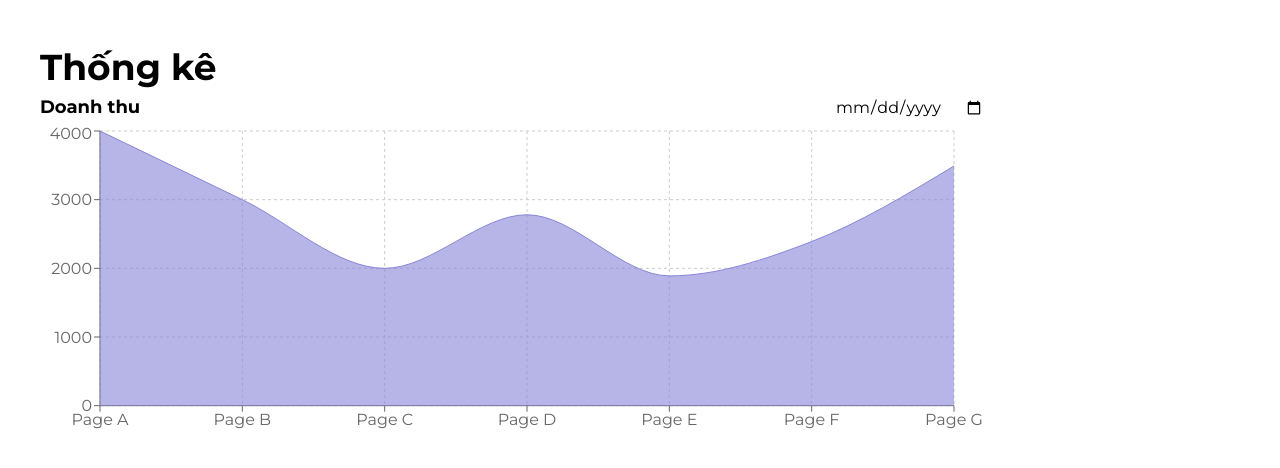
Repository: iphoneboy46/AltaMediaCMS
Page: /
An editor plug-in stored every save of this project. The page is shown before and after the next save, followed by the edit.
The browser window is 1280 px wide. The pictures show the whole page.
Some web libraries are served in a nearby version. The project was rebuilt for these pictures with package versions that can differ from the ones it lists, and the page was loaded fresh each time.

Above is the page before, as saved 2023-03-26 21:54:13.

### public/index.html
<!DOCTYPE html>
<html lang="en">
  <head>
    <meta charset="utf-8" />
    <link rel="icon" href="%PUBLIC_URL%/favicon.ico" />
    <meta name="viewport" content="width=device-width, initial-scale=1" />
    <meta name="theme-color" content="#000000" />
    <meta
      name="description"
      content="Web site created using create-react-app"
    />
    <link rel="apple-touch-icon" href="%PUBLIC_URL%/logo192.png" />
    <!--
      manifest.json provides metadata used when your web app is installed on a
      user's mobile device or desktop. See https://developers.google.com/web/fundamentals/web-app-manifest/
    -->
    <link rel="manifest" href="%PUBLIC_URL%/manifest.json" />
    <!--
      Notice the use of %PUBLIC_URL% in the tags above.
      It will be replaced with the URL of the `public` folder during the build.
      Only files inside the `public` folder can be referenced from the HTML.

      Unlike "/favicon.ico" or "favicon.ico", "%PUBLIC_URL%/favicon.ico" will
      work correctly both with client-side routing and a non-root public URL.
      Learn how to configure a non-root public URL by running `npm run build`.
    -->
    <link rel="stylesheet" href="https://cdnjs.cloudflare.com/ajax/libs/font-awesome/6.3.0/css/all.min.css" integrity="sha512-SzlrxWUlpfuzQ+pcUCosxcglQRNAq/DZjVsC0lE40xsADsfeQoEypE+enwcOiGjk/bSuGGKHEyjSoQ1zVisanQ==" crossorigin="anonymous" referrerpolicy="no-referrer" />
    <title>React App</title>
  </head>
  <body>
    <noscript>You need to enable JavaScript to run this app.</noscript>
    <div id="root"></div>
    <!--
      This HTML file is a template.
      If you open it directly in the browser, you will see an empty page.

      You can add webfonts, meta tags, or analytics to this file.
      The build step will place the bundled scripts into the <body> tag.

      To begin the development, run `npm start` or `yarn start`.
      To create a production bundle, use `npm run build` or `yarn build`.
    -->
  </body>
</html>

### src/App.tsx

import './App.css';
import Home from './components/Home/Home';
import MenuBar from './components/Menu/MenuBar';

function App() {
  return (
    <div className="App">
      {/* <MenuBar /> */}
      <Home />
    </div>
  );
}

export default App;

### src/App.css
@import url('https://fonts.googleapis.com/css2?family=Montserrat:wght@300;400;500;700&display=swap');

*{
  margin: 0;
  padding: 0;
  box-sizing: border-box;
  font-family: 'Montserrat', sans-serif;
}

### src/components/Home/Home.tsx
import React from 'react'
import Charts from '../Charts/Charts'

function Home() {
  return (
    <div className="w-[80%] bg-[white] p-10">
        <div className="">
            <h1 className="text-[black] text-[36px] font-[700]">Thống kê</h1>
        </div>
        <div className="flex items-center justify-between">
           <div> <h2 className="text-[black] text-[18px] font-[600]">Doanh thu</h2></div>
           <div>
             <input className="" type="date" value="" />
           </div>
        </div>
        <Charts />
    </div>
  )
}

export default Home

### src/components/Charts/Charts.tsx
import React from "react";
import {
  AreaChart,
  Area,
  XAxis,
  YAxis,
  CartesianGrid,
  Tooltip,
  ResponsiveContainer,
} from "recharts";
function Charts() {
  const data = [
    {
      name: "Page A",
      uv: 4000,
      pv: 2400,
      amt: 2400,
    },
    {
      name: "Page B",
      uv: 3000,
      pv: 1398,
      amt: 2210,
    },
    {
      name: "Page C",
      uv: 2000,
      pv: 9800,
      amt: 2290,
    },
    {
      name: "Page D",
      uv: 2780,
      pv: 3908,
      amt: 2000,
    },
    {
      name: "Page E",
      uv: 1890,
      pv: 4800,
      amt: 2181,
    },
    {
      name: "Page F",
      uv: 2390,
      pv: 3800,
      amt: 2500,
    },
    {
      name: "Page G",
      uv: 3490,
      pv: 4300,
      amt: 2100,
    },
  ];

  return (
    <div className="w-[100%] h-[100%] bg-yellowMain">
      <ResponsiveContainer width="100%" aspect={3}>
        <AreaChart
          width={500}
          height={400}
          data={data}
          margin={{
            top: 10,
            right: 30,
            left: 0,
            bottom: 0,
          }}
        >
          <CartesianGrid strokeDasharray="3 3" />
          <XAxis dataKey="name" />
          <YAxis />
          <Tooltip />
          <Area
            type="monotone"
            dataKey="uv"
            stackId="1"
            stroke="#8884d8"
            fill="#8884d8"
          />
        </AreaChart>
      </ResponsiveContainer>
    </div>
  );
}

export default Charts;

### tailwind.config.js

module.exports = {
  content: [
    "./src/**/*.{js,jsx,ts,tsx}",
    ],
  theme: {
    extend: {},
    colors:{
        'yellowMain':"#FFB800",
         'background' :"#E5E5E5"

    }
  },
  plugins: [],
}

Loaded but not shown: src/index.tsx (common file); src/index.css (common file); src/reportWebVitals.ts (common file)

After the next save:
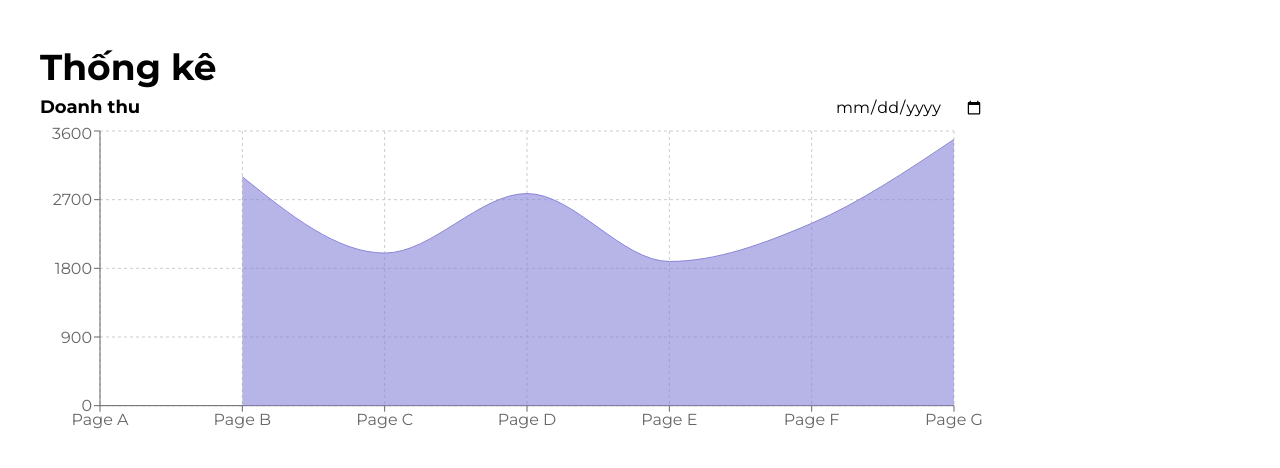
Saved 21 s later.
--- a/src/components/Charts/Charts.tsx
+++ b/src/components/Charts/Charts.tsx
@@ -12,7 +12,7 @@
   const data = [
     {
       name: "Page A",
-      uv: 4000,
+      uv: "260tr",
       pv: 2400,
       amt: 2400,
     },

After the save that followed:
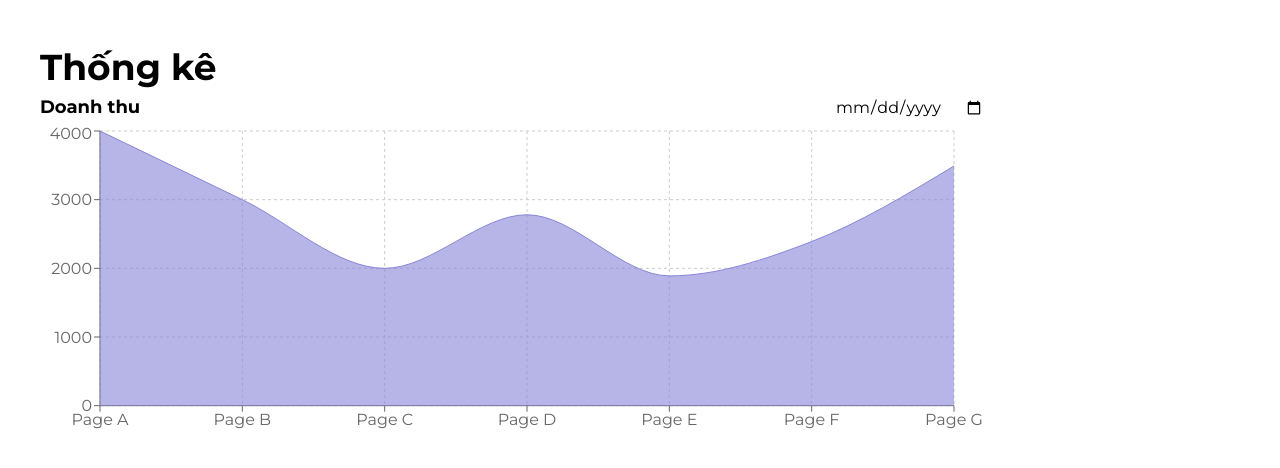
Saved 14 s later.
--- a/src/components/Charts/Charts.tsx
+++ b/src/components/Charts/Charts.tsx
@@ -12,9 +12,9 @@
   const data = [
     {
       name: "Page A",
-      uv: "260tr",
+      uv: 4000,
       pv: 2400,
-      amt: 2400,
+      amt: 140,
     },
     {
       name: "Page B",
